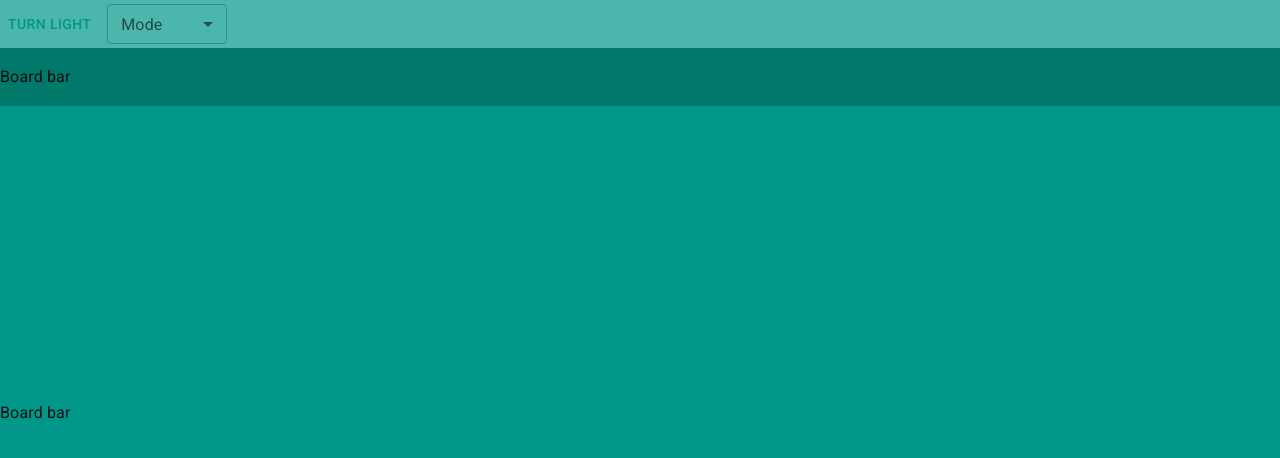
Repository: kieuduc123/trello_web
Page: /
These files come from the project's save history. The page is drawn as it stood at one moment and after the next save; the edit follows.
The browser window is 1280 px wide. The pictures show the whole page.
The project was rebuilt for these pictures with package versions that can differ from the ones it lists, and the page was loaded fresh each time. Also part of the build but not shown: vite.config.js.

Above is the page before, as saved 2024-03-14 22:32:54.

### index.html
<!doctype html>
<html lang="en">

<head>
  <meta charset="UTF-8" />
  <link rel="icon" type="image/svg+xml" href="https://seeklogo.com/images/T/trello-logo-CE7B690E34-seeklogo.com.png" />
  <meta name="viewport" content="width=device-width, initial-scale=1.0" />
  <title>Trello_App</title>
  <link rel="preconnect" href="https://fonts.googleapis.com" />
  <link rel="preconnect" href="https://fonts.gstatic.com" crossorigin />
  <link rel="stylesheet" href="https://fonts.googleapis.com/css2?family=Roboto:wght@300;400;500;700&display=swap" />
</head>

<body>
  <div id="root"></div>
  <script type="module" src="/src/main.jsx"></script>
</body>

</html>

### src/main.jsx
import * as React from 'react';
import { createRoot } from 'react-dom/client';
import CssBaseline from '@mui/material/CssBaseline';
import { Experimental_CssVarsProvider as CssVarsProvider } from '@mui/material/styles';
import App from './App';
import theme from './utils/theme';
const rootElement = document.getElementById('root');
const root = createRoot(rootElement);

root.render(
  <React.StrictMode>
    <CssVarsProvider theme={theme}>
      <CssBaseline />
      <App/>
    </CssVarsProvider>
  </React.StrictMode>
);

### src/App.jsx
import BoardDetail from "./pages/Boards/_id";



const App = () => {
  return (
    <>
     <BoardDetail/>
    </>
  );
};

export default App;

### src/utils/theme.js
import { cyan, deepOrange, orange, teal } from '@mui/material/colors';
import { experimental_extendTheme as extendTheme } from '@mui/material/styles';

const theme = extendTheme({
 trello: {
  appBarHeight: '48px',
  boarBarHeight: '58px',
 },
 colorSchemes: {
  light: {
   palette: {
    primary: teal,
    secondary: deepOrange,
   },
   // spacing: (factor) => `${0.25 * factor}rem`,
  },
  dark: {
   palette: {
    primary: cyan,
    secondary: orange,
   },
   // spacing: (factor) => `${0.25 * factor}rem`,
  },
 },
});

export default theme;

### src/pages/Boards/_id.jsx
import React from 'react';
import { Box, Container} from '@mui/material';
import ModeToggle from '../../components/ModeSelect/ModeToggle';
import AppBar from '../../components/AppBar';


const BoardDetail = () => {
  return (
    <Container disableGutters maxWidth={false} sx={{ height: ' 100vh', backgroundColor: 'primary.main' }}>
     <AppBar/>
      <Box sx={{
        backgroundColor: 'primary.dark',
        width: '100%',
         height: (theme) =>  theme.trello.boarBarHeight,
        display: 'flex',
        alignItems: 'center'
      }}>
        Board bar
      </Box>
      <Box sx={{
        backgroundColor: 'primary.main',
        width: '100%',
        display: 'flex',
         height: (theme) => `calc(100vh - ${theme.trello.appBarHeight} - ${theme.trello.boarBarHeight})`,
        alignItems: 'center',
      }}>
        Board bar
      </Box>
   </Container>
  );
};

export default BoardDetail;

### src/components/ModeSelect/ModeToggle.jsx
import { Box, Button } from '@mui/material';
import {
  Experimental_CssVarsProvider as CssVarsProvider,
  experimental_extendTheme as extendTheme,
  useColorScheme,
} from '@mui/material/styles';
import InputLabel from '@mui/material/InputLabel';
import MenuItem from '@mui/material/MenuItem';
import FormControl from '@mui/material/FormControl';
import Select from '@mui/material/Select';
import { LightMode}  from '@mui/icons-material';
import {DarkModeOutlined} from '@mui/icons-material';
import  {SettingsBrightness  }from '@mui/icons-material';
function ModeToggle() {
  const { mode, setMode } = useColorScheme();
  return (
    <>
      <Button
        onClick={() => {
          setMode(mode === 'light' ? 'dark' : 'light');
        }}
      >
        {mode === 'light' ? 'Turn dark' : 'Turn light'}
      </Button>
      <ModeSmall/>
    </>
  );
}
export default ModeToggle;

 function ModeSmall() {
   const { mode, setMode } = useColorScheme();
  const handleChange = (event) => {
    setMode(event.target.value);
  };

  return (
    <FormControl sx={{ m: 1, minWidth: 120 }} size="small">
      <InputLabel id="label-select-dark-light">Mode</InputLabel>
      <Select
        labelId="label-select-dark-light"
        id="select-dark-light"
        value={mode}
        label="Mode"
        onChange={handleChange}
      >
        <MenuItem value='light'>
          <div style={{
            display: 'flex',
            alignItems: 'center',
            gap: '8px',
          }}>
            <LightMode fontSize='small'/> Light
          </div>
        </MenuItem>
        <MenuItem value='dark'>
           <Box sx={{ display: 'flex',
            alignItems: 'center',
            gap: 1,}}>
            <DarkModeOutlined fontSize='small' />
            Dark
          </Box>
        </MenuItem>
        <MenuItem value='system'>
            <Box sx={{ display: 'flex',
            alignItems: 'center',
            gap: 1,}}>
            <SettingsBrightness fontSize='small' />
            System
          </Box> </MenuItem>
      </Select>
    </FormControl>
  );
}

### src/components/AppBar/index.jsx
import React from 'react';
import ModeToggle from '../ModeSelect/ModeToggle';
import { Box } from '@mui/material';

const AppBar = () => {
  return (
    <Box sx={{
        backgroundColor: 'primary.light',
        width: '100%',
        height: (theme) => theme.trello.appBarHeight,
        display: 'flex',
        alignItems: 'center'
      }}>
        <ModeToggle/>
      </Box>
  );
};

export default AppBar;

### src/pages/Boards/BoardBar/index.jsx
import { Box } from '@mui/material';
import React from 'react';

const BoarsBar = () => {
  return (
     <Box sx={{
        backgroundColor: 'primary.dark',
        width: '100%',
         height: (theme) =>  theme.trello.boarBarHeight,
        display: 'flex',
        alignItems: 'center'
      }}>
        Board bar
      </Box>
  );
};

export default index;

After the next save:
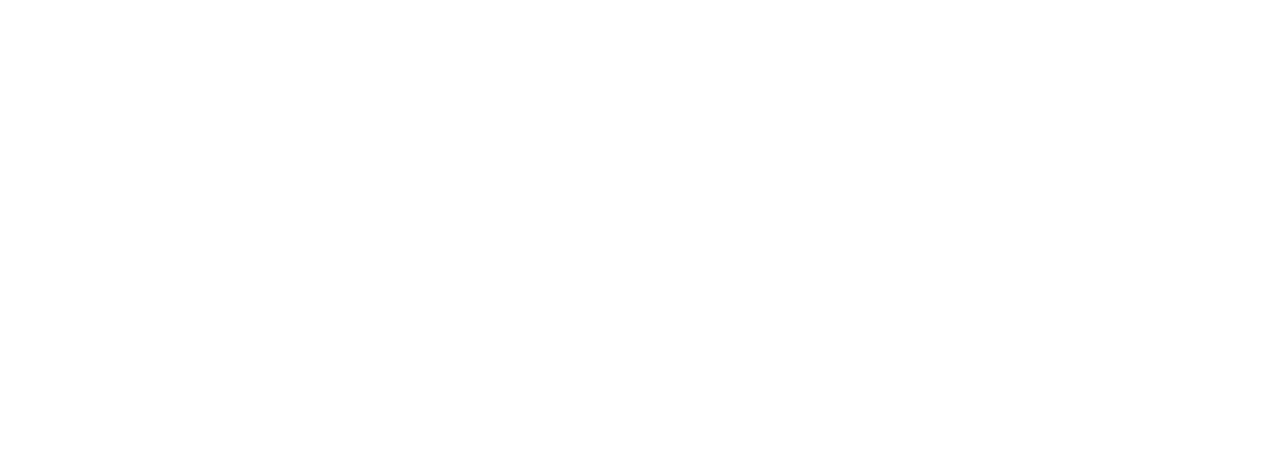
Console error: ReferenceError: index is not defined
Saved 44 s later.
--- a/src/pages/Boards/_id.jsx
+++ b/src/pages/Boards/_id.jsx
@@ -2,21 +2,14 @@
 import { Box, Container} from '@mui/material';
 import ModeToggle from '../../components/ModeSelect/ModeToggle';
 import AppBar from '../../components/AppBar';
+import BoardBar from './BoardBar';
 
 
 const BoardDetail = () => {
   return (
     <Container disableGutters maxWidth={false} sx={{ height: ' 100vh', backgroundColor: 'primary.main' }}>
      <AppBar/>
-      <Box sx={{
-        backgroundColor: 'primary.dark',
-        width: '100%',
-         height: (theme) =>  theme.trello.boarBarHeight,
-        display: 'flex',
-        alignItems: 'center'
-      }}>
-        Board bar
-      </Box>
+      <BoardBar/>
       <Box sx={{
         backgroundColor: 'primary.main',
         width: '100%',

After the save that followed:
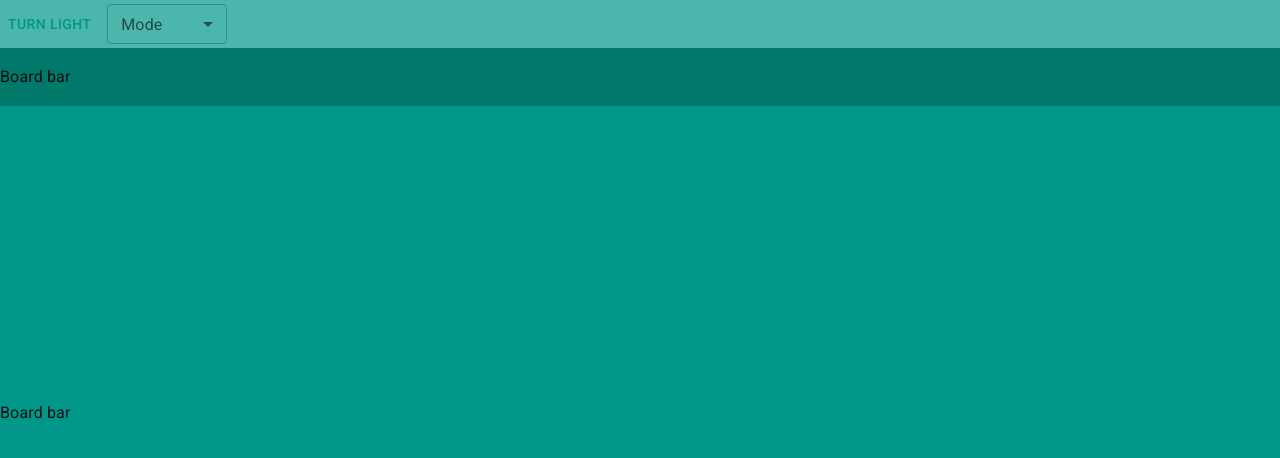
The error is gone.
Saved 4 s later.
--- a/src/pages/Boards/BoardBar/index.jsx
+++ b/src/pages/Boards/BoardBar/index.jsx
@@ -1,7 +1,7 @@
 import { Box } from '@mui/material';
 import React from 'react';
 
-const BoarsBar = () => {
+const BoardBar = () => {
   return (
      <Box sx={{
         backgroundColor: 'primary.dark',
@@ -15,4 +15,4 @@
   );
 };
 
-export default index;
+export default BoardBar;
